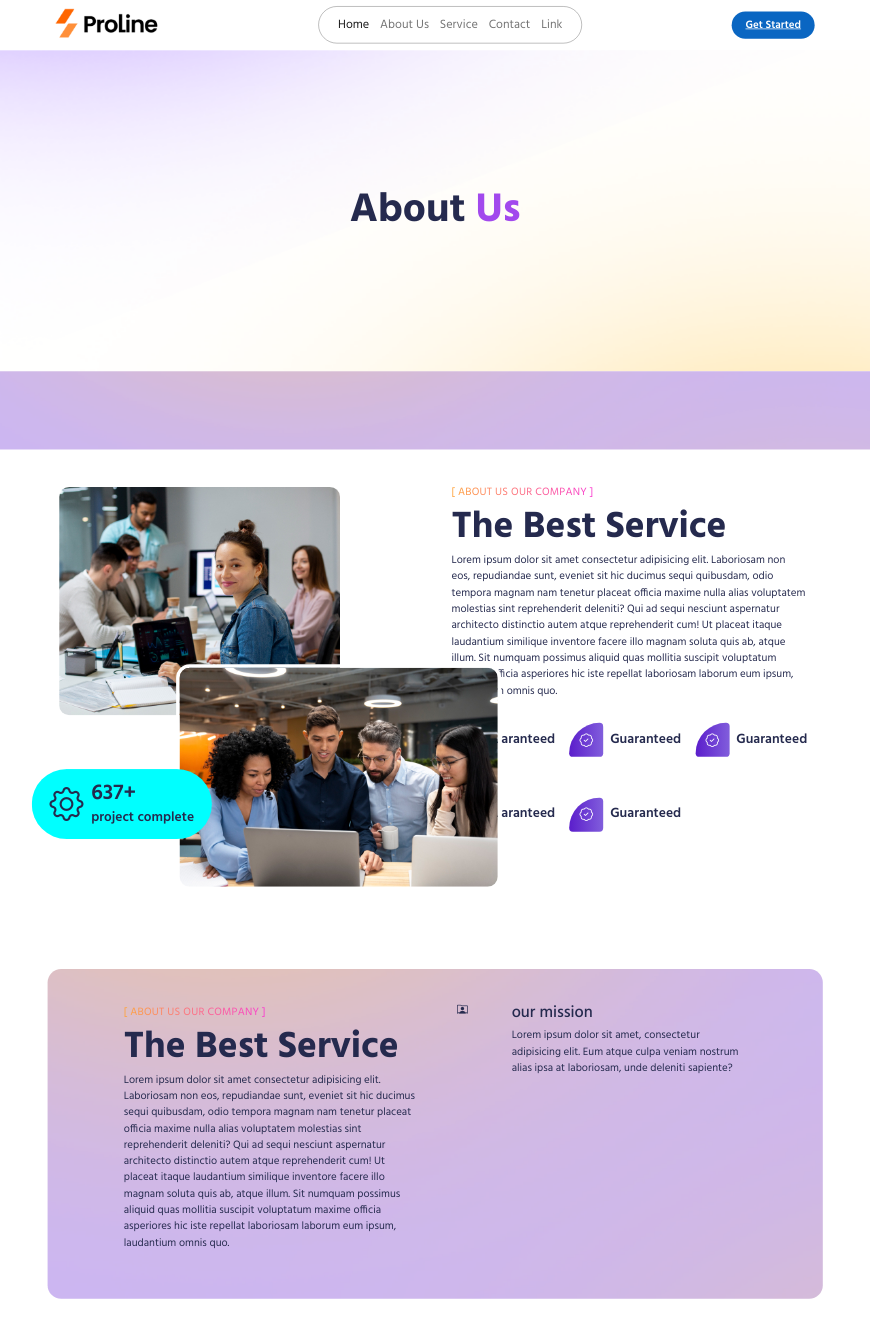
Repository: tagnam/corporate
Page: aboutus.html
An editor plug-in stored every save of this project. The page is shown before and after the next save, followed by the edit.
The browser window is 1280 px wide. The pictures show the whole page, at 68% of full size.

Above is the page before, as saved 2025-02-15 12:18:38.

### aboutus.html
<!DOCTYPE html>
<html lang="en">
    <head>
        <meta charset="UTF-8" />
        <meta name="viewport" content="width=device-width, initial-scale=1.0" />
        <title>Corporate</title>
        <link href="https://cdn.jsdelivr.net/npm/bootstrap@5.2.3/dist/css/bootstrap.min.css" rel="stylesheet" integrity="sha384-rbsA2VBKQhggwzxH7pPCaAqO46MgnOM80zW1RWuH61DGLwZJEdK2Kadq2F9CUG65" crossorigin="anonymous" />
        <script src="https://cdn.jsdelivr.net/npm/bootstrap@5.2.3/dist/js/bootstrap.bundle.min.js" integrity="sha384-kenU1KFdBIe4zVF0s0G1M5b4hcpxyD9F7jL+jjXkk+Q2h455rYXK/7HAuoJl+0I4" crossorigin="anonymous"></script>
        <link rel="stylesheet" type="text/css" href="https://cdn.jsdelivr.net/npm/slick-carousel@1.8.1/slick/slick.css" />
        <link rel="stylesheet" type="text/css" href="https://cdn.jsdelivr.net/npm/slick-carousel@1.8.1/slick/slick-theme.css" />
        <link rel="stylesheet" href="style/css/animation.css" />
        <link rel="stylesheet" href="style/css/responsive.css" />
        <link rel="stylesheet" href="style/css/style.css" />
    </head>
<body>
            <!--======================================= start navigation bar  ===================================-->

            <header>
                <!-- <div class="nav-top">
                    <div class="col-lg-4"></div>
                    <div class="col-lg-4"></div>
                    <div class="col-lg-4"></div>
                </div> -->
                <nav class="navbar navbar-expand-lg ">
                    <div class="container">
                      <a class="navbar-brand" href="#"><img src="images/leads-proline-300x95.png" width="150px" alt=""></a>
                      <button class="navbar-toggler" type="button" data-bs-toggle="collapse" data-bs-target="#navbarSupportedContent" aria-controls="navbarSupportedContent" aria-expanded="false" aria-label="Toggle navigation">
                        <span class="navbar-toggler-icon"></span>
                      </button>
                      <div class="collapse navbar-collapse justify-content-between" id="navbarSupportedContent">
                        <div class="custom-nav-menu">
                            <ul class="navbar-nav custome-navbar-nav ">
                                <li class="nav-item custome-nav-item">
                                  <a class="nav-link custome-nav-link active" aria-current="page" href="/">Home</a>
                                </li>
                                <li class="nav-item custome-nav-item">
                                  <a class="nav-link custome-nav-link" href="aboutus.html">About Us</a>
                                </li>
                                <li class="nav-item custome-nav-item">
                                  <a class="nav-link custome-nav-link" href="#">Service</a>
                                </li>
                                <li class="nav-item custome-nav-item">
                                  <a class="nav-link custome-nav-link" href="#">Contact </a>
                                </li>
                                <li class="nav-item custome-nav-item">
                                  <a class="nav-link custome-nav-link" href="#">Link</a>
                                </li>
                              </ul>
                        </div>

                      </div>
                      <div >
                        <a href="" class="custom-btn"> Get Started </a>
        </div>
                    </div>
                  </nav>
            </header>

             <!--======================================= end navigation bar  ===================================-->



             <!--====================================== start about banner section ===================================-->


             <section class="innerpage-banner">
                <div class="container">
                    <div class="row">
                            <div class="col-lg-12">
                                <h2 class="inner-heading"> About <span> Us </span></h2>
                            </div>
                    </div>
                </div>
             </section>

             <!--====================================== end about banner section ===================================-->
                     <!--================================================= start client-slider  section ==========================-->
        <section class="client-slider-section">
            <div class="container-fluid" style="padding: 10px 0px;">
                <div class="row">
                    <marquee behavior="" direction="">
                        <div class="marquee" style="width: 130%; overflow: hidden;">

                              <img  src="images/leads-proline-300x95.png"   style="width: 200px;"   alt="" />
                              <img  src="images/marquee-4-icon.webp"   style="width: 75px;"   alt="" />
                              <img  src="images/leads-proline-300x95.png"   style="width: 200px;"   alt="" />
                              <img  src="images/marquee-4-icon.webp"   style="width: 75px;"   alt="" />
                              <img  src="images/leads-proline-300x95.png"   style="width: 200px;"   alt="" />
                              <img  src="images/marquee-4-icon.webp"   style="width: 75px;"   alt="" />
                              <img  src="images/leads-proline-300x95.png"   style="width: 200px;"   alt="" />
                              <img  src="images/marquee-4-icon.webp"   style="width: 75px;"   alt="" />
                              <img  src="images/leads-proline-300x95.png"   style="width: 200px;"   alt="" />
                              <img  src="images/marquee-4-icon.webp"   style="width: 75px;"   alt="" />
                              <img  src="images/leads-proline-300x95.png"   style="width: 200px;"   alt="" />
                              <img  src="images/marquee-4-icon.webp"   style="width: 75px;"   alt="" />


                        </div>
                    </marquee>
                </div>
            </div>
        </section>

        <!--================================================= end client-slider  section ==========================-->

                <!--================================================= star about section ==========================-->

                <section>
                    <div class="container">
                        <div class="row">
                            <div class="col-lg-6">
                                <div class="about-left" style="position: relative;">
                                    <figure class="about-img-container">
                                        <img class="about-img-001 A-image01" src="images/about-img-1.jpg" alt="" />
                                        <img class="about-img-001 A-image02" src="images/about-img-2.jpg" alt="" />
                                    </figure>
                                    <div class="project-counter">
                                        <div class="project-icon">
                                            <i class="bi bi-gear"></i>
                                        </div>
                                        <div class="project-number">
                                            <h2>637+</h2>
                                            <p>project complete</p>
                                        </div>
                                    </div>
                                </div>
                            </div>
                            <div class="col-lg-6">
                                <div class="container-fluid" style="margin-bottom: 20px;">
                                    <h3 class="sub-heading">[ about us our company ]</h3>
                                    <h1 class="title">The Best Service</h1>

                                    <div class="about-text">
                                        <p>
                                            Lorem ipsum dolor sit amet consectetur adipisicing elit. Laboriosam non eos, repudiandae sunt, eveniet sit hic ducimus sequi quibusdam, odio tempora magnam nam tenetur placeat officia maxime nulla alias
                                            voluptatem molestias sint reprehenderit deleniti? Qui ad sequi nesciunt aspernatur architecto distinctio autem atque reprehenderit cum! Ut placeat itaque laudantium similique inventore facere illo magnam
                                            soluta quis ab, atque illum. Sit numquam possimus aliquid quas mollitia suscipit voluptatum maxime officia asperiores hic iste repellat laboriosam laborum eum ipsum, laudantium omnis quo.
                                        </p>
                                    </div>
                                </div>
                                <div class="about-right-container">
                                    <ul class="about-list">
                                        <li class="about-list-item">
                                            <div class="col-lg-2 about-icon"><i class="bi bi-patch-check"></i></div>
                                            <div class="col-lg-10">
                                                <div class="about-list-title">Guaranteed</div>
                                            </div>
                                        </li>

                                        <li class="about-list-item">
                                            <div class="col-lg-2 about-icon"><i class="bi bi-patch-check"></i></div>
                                            <div class="col-lg-10">
                                                <div class="about-list-title">Guaranteed</div>
                                            </div>
                                        </li>
                                        <li class="about-list-item">
                                            <div class="col-lg-2 about-icon"><i class="bi bi-patch-check"></i></div>
                                            <div class="col-lg-10">
                                                <div class="about-list-title">Guaranteed</div>
                                            </div>
                                        </li>
                                        <li class="about-list-item">
                                            <div class="col-lg-2 about-icon"><i class="bi bi-patch-check"></i></div>
                                            <div class="col-lg-10">
                                                <div class="about-list-title">Guaranteed</div>
                                            </div>
                                        </li>
                                        <li class="about-list-item">
                                            <div class="col-lg-2 about-icon"><i class="bi bi-patch-check"></i></div>
                                            <div class="col-lg-10">
                                                <div class="about-list-title">Guaranteed</div>
                                            </div>
                                        </li>
                                    </ul>
                                </div>
                            </div>
                        </div>
                    </div>
                </section>
                <!--================================================= end about  section ==========================-->


            <!--==================================== start mission vission section ====================================-->

            <section class="mission-visson-section">
                <div class="container mission-vission-container">
                    <div class="row">
                        <div class="col-lg-6">
                            <div class="container-fluid" style="margin-bottom: 20px;">
                                <h3 class="sub-heading">[ about us our company ]</h3>
                                <h1 class="title">The Best Service</h1>

                                <div class="about-text">
                                    <p>
                                        Lorem ipsum dolor sit amet consectetur adipisicing elit. Laboriosam non eos, repudiandae sunt, eveniet sit hic ducimus sequi quibusdam, odio tempora magnam nam tenetur placeat officia maxime nulla alias
                                        voluptatem molestias sint reprehenderit deleniti? Qui ad sequi nesciunt aspernatur architecto distinctio autem atque reprehenderit cum! Ut placeat itaque laudantium similique inventore facere illo magnam
                                        soluta quis ab, atque illum. Sit numquam possimus aliquid quas mollitia suscipit voluptatum maxime officia asperiores hic iste repellat laboriosam laborum eum ipsum, laudantium omnis quo.
                                    </p>
                                </div>
                            </div>
                        </div>
                        <div class="col-lg-6">
                                <div class="mission-vision-card">
                                    <div class="mission-card">
                                        <div class="row justify-content-center">
                                            <div class="col-md-2">
                                                <div class="mission-icon">
                                                    <i class="bi bi-person-rolodex"></i>
                                                </div>
                                            </div>
                                            <div class="col-md-9">
                                                <div class="mission-content">
                                                <h4> our mission</h4>
                                                <p>Lorem ipsum dolor sit amet, consectetur adipisicing elit. Eum atque culpa veniam nostrum alias ipsa at laboriosam, unde deleniti sapiente?</p>
                                                </div>
                                            </div>
                                        </div>
                                    </div>
                                    <div class="vission-card"></div>
                                </div>
                        </div>
                    </div>
                </div>
            </section>
            <!--==================================== end mission vission section ====================================-->

</body>
</html>

### style/css/animation.css
@keyframes boxmove{
    50% {
        transform: translateX(-20%);
    }
}


@keyframes star{
    0% {
        -webkit-transform: translate(0);
        transform: translate(0);
    }
    25% {
        -webkit-transform: translate(10px, 10px);
        transform: translate(10px, 10px);
    }
    50% {
        -webkit-transform: translate(5px, 5px);
        transform: translate(5px, 5px);
    }
    75% {
        -webkit-transform: translate(10px, -5px);
        transform: translate(10px, -5px);
    }
    100% {
        -webkit-transform: translate(0);
        transform: translate(0);
    }
}

### style/css/responsive.css

@media (max-width: 576px) {

 }

/* Small devices (tablets) */
@media (min-width: 577px) and (max-width: 768px) {

}

/* Medium devices (small laptops) */
@media (min-width: 769px) and (max-width: 992px) {

 }

/* Large devices (desktops) */
@media (min-width: 993px) and (max-width: 1200px) {

}

/* Extra large devices (large desktops) */
@media (min-width: 1201px) {

 }

Loaded but not shown: style/css/style.css (613 lines, source omitted)

After the next save:
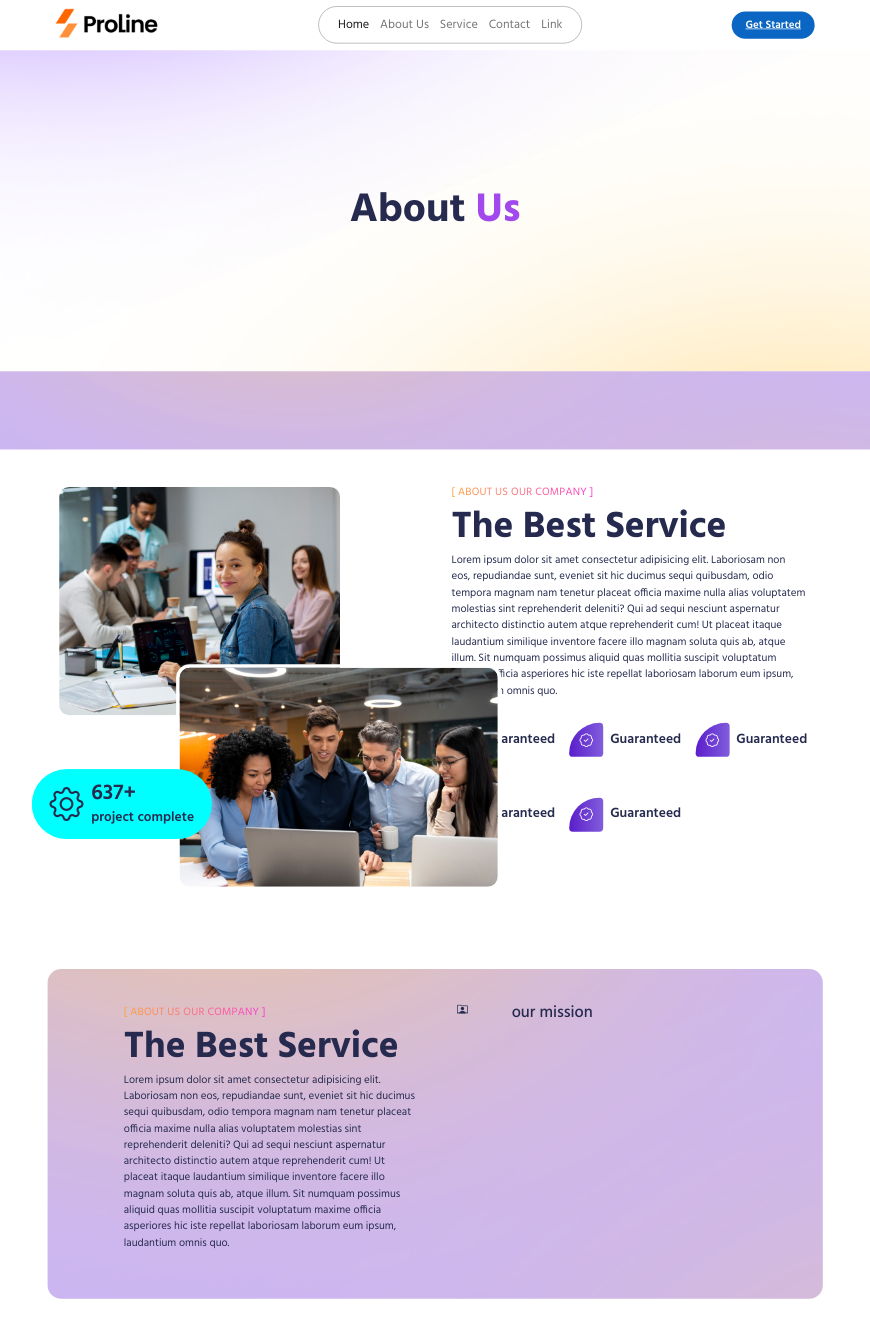
Saved 38 s later.
--- a/aboutus.html
+++ b/aboutus.html
@@ -211,7 +211,7 @@
                                             <div class="col-md-9">
                                                 <div class="mission-content">
                                                 <h4> our mission</h4>
-                                                <p>Lorem ipsum dolor sit amet, consectetur adipisicing elit. Eum atque culpa veniam nostrum alias ipsa at laboriosam, unde deleniti sapiente?</p>
+
                                                 </div>
                                             </div>
                                         </div>
